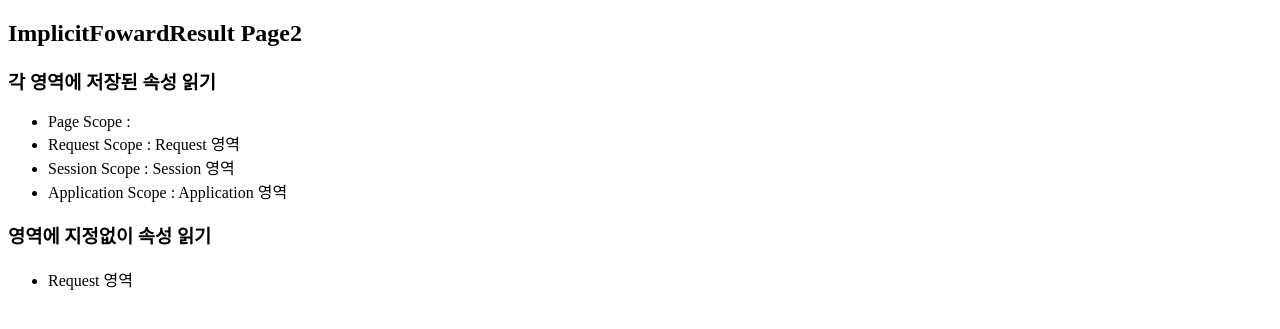
Repository: Jadedvst/Java_JSP-Servlet
Page: http://localhost/MustHaveJSP/10EL/ObjectParam.jsp
An editor plug-in stored every save of this project. The page is shown before and after the next save, followed by the edit.
The browser window is 1280 px wide. The pictures show the whole page.
The page is served by Tomcat 10. Other server files are loaded and not shown.

Above is the page before, as saved 2023-12-19 01:16:31.

### MustHaveJSP/src/main/webapp/10EL/ObjectParam.jsp
<%@ page language="java" contentType="text/html; charset=UTF-8"
    pageEncoding="UTF-8"%>
<%
pageContext.setAttribute("scopeValue","Page 영역");
request.setAttribute("scopeValue","Request 영역");
session.setAttribute("scopeValue","Session 영역");
application.setAttribute("scopeValue","Application 영역");
%>
<!DOCTYPE html>
<html>
<head>
<meta charset="UTF-8">
<title>표현 언어(EL) - 내장 객체</title>
</head>
<body>
	<h2>ImplicitObjMain Page1</h2>
	<h3>각 영역에 저장된 속성 읽기</h3>
	<ul>
		<li>Page Scope : ${ pageScope.scopeValue }</li>
		<li>Request Scope : ${ requestScope.scopeValue }</li>
		<li>Session Scope : ${ sessionScope.scopeValue }</li>
		<li>Application Scope : ${ applicationScope.scopeValue }</li>
	</ul>

	<h3>영역에 지정없이 속성 읽기</h3>
	<ul>
		<!-- 영역 지정없이는 가장 좁은 Page 영역 -->
		<li>${ scopeValue }</li>
	</ul>

	<jsp:forward page="ImplicitForwardResult.jsp" />
</body>
</html>

### MustHaveJSP/src/main/webapp/10EL/ImplicitForwardResult.jsp
<%@ page language="java" contentType="text/html; charset=UTF-8"
    pageEncoding="UTF-8"%>
<!DOCTYPE html>
<html>
<head>
<meta charset="UTF-8">
<title>표현 언어(EL) - 내장 객체</title>
</head>
<body>
	<h2>ImplicitFowardResult Page2</h2>
	<h3>각 영역에 저장된 속성 읽기</h3>
	<ul>
		<li>Page Scope : ${ pageScope.scopeValue }</li>
		<li>Request Scope : ${ requestScope.scopeValue }</li>
		<li>Session Scope : ${ sessionScope.scopeValue }</li>
		<li>Application Scope : ${ applicationScope.scopeValue }</li>
	</ul>

	<h3>영역에 지정없이 속성 읽기</h3>
	<ul>
		<li>${ scopeValue }</li>
	</ul>

</body>
</html>

### MustHaveJSP/src/main/java/common/Person.java
package common;

public class Person {
	private String name;
	private int age;

	public Person() {}
	public Person(String name, int age) {
		this.name = name;
		this.age = age;
	}

	public String getName() {
		return name;
	}

	public void setName(String name) {
		this.name = name;
	}

	public int getAge() {
		return age;
	}

	public void setAge(int age) {
		this.age = age;
	}
}

After the next save:
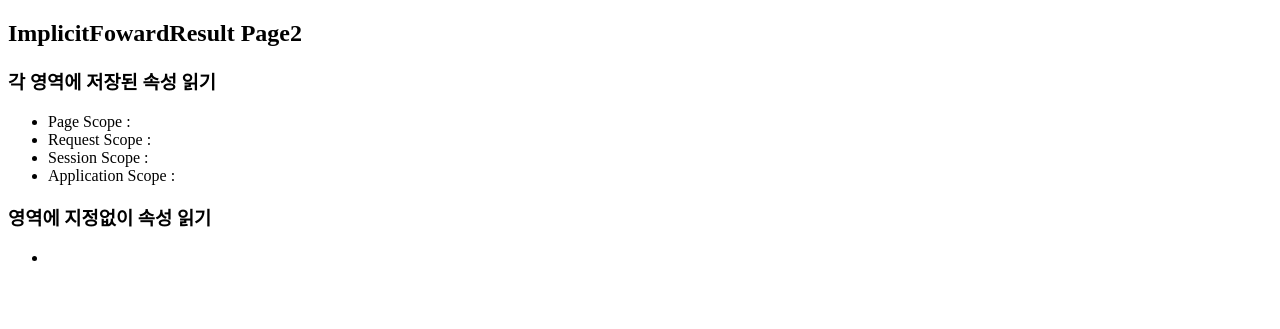
Saved 10 min 54 s later.
--- a/MustHaveJSP/src/main/webapp/10EL/ObjectParam.jsp
+++ b/MustHaveJSP/src/main/webapp/10EL/ObjectParam.jsp
@@ -1,10 +1,11 @@
+<%@page import="common.Person"%>
 <%@ page language="java" contentType="text/html; charset=UTF-8"
     pageEncoding="UTF-8"%>
 <%
-pageContext.setAttribute("scopeValue","Page 영역");
-request.setAttribute("scopeValue","Request 영역");
-session.setAttribute("scopeValue","Session 영역");
-application.setAttribute("scopeValue","Application 영역");
+request.setAttribute("personObj",new Person("홍",33));
+request.setAttribute("stringObj","문자열");
+request.setAttribute("integerObj", new Integer(99));
+
 %>
 <!DOCTYPE html>
 <html>
